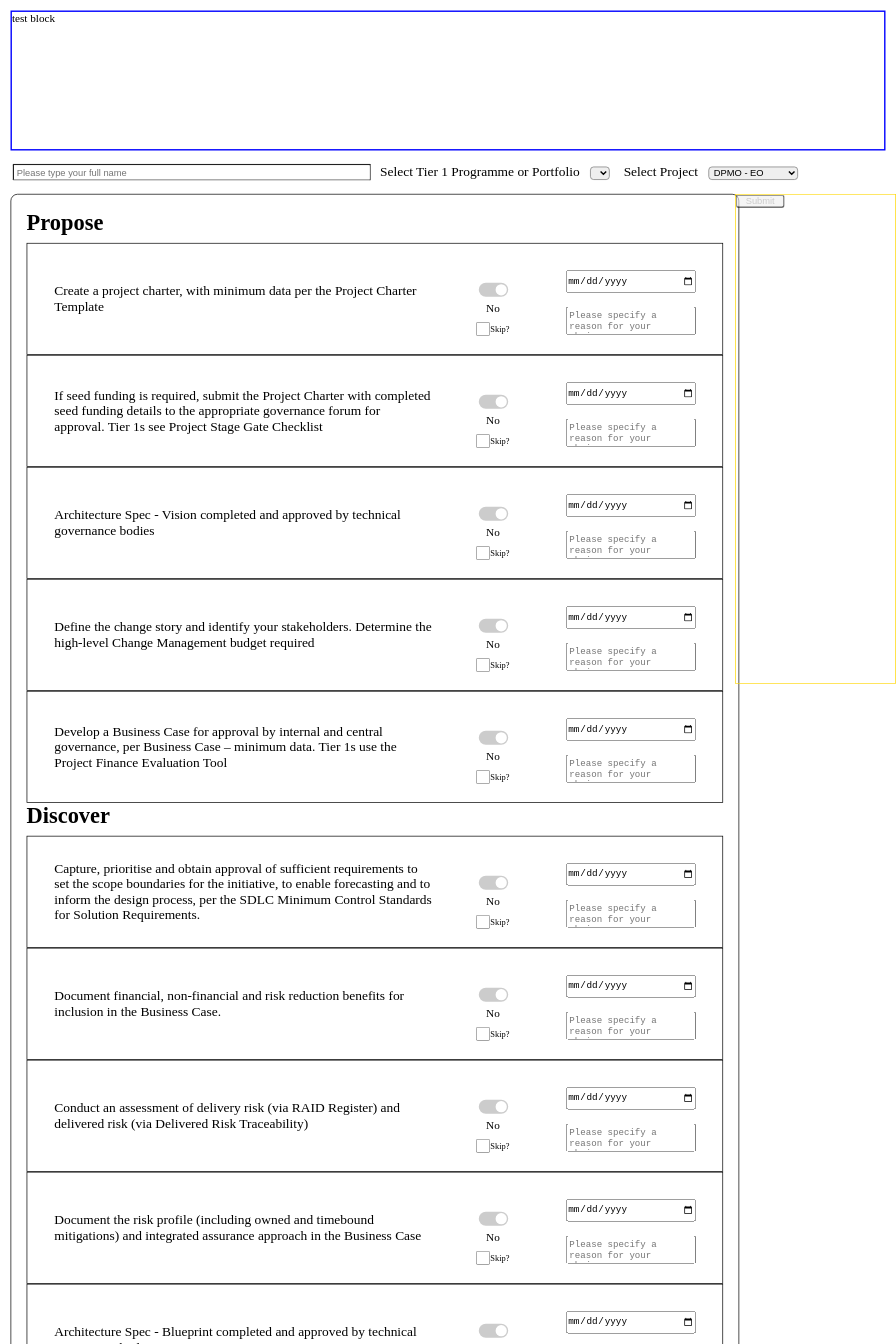
Repository: I-Alpha/JQuery-Html-form
Page: Project-form.html
The author's editor kept a copy of each file at every save. The page is drawn from the files as they stood at one save, then again after the next save.
The browser window is 1280 px wide. The pictures show the part of the page from y = 0 to 1920 px (the page is 8709 px tall before and 8789 px after), at 70% of full size.

Above is the page before, as saved 2020-10-27 01:09:51.

After the next save:
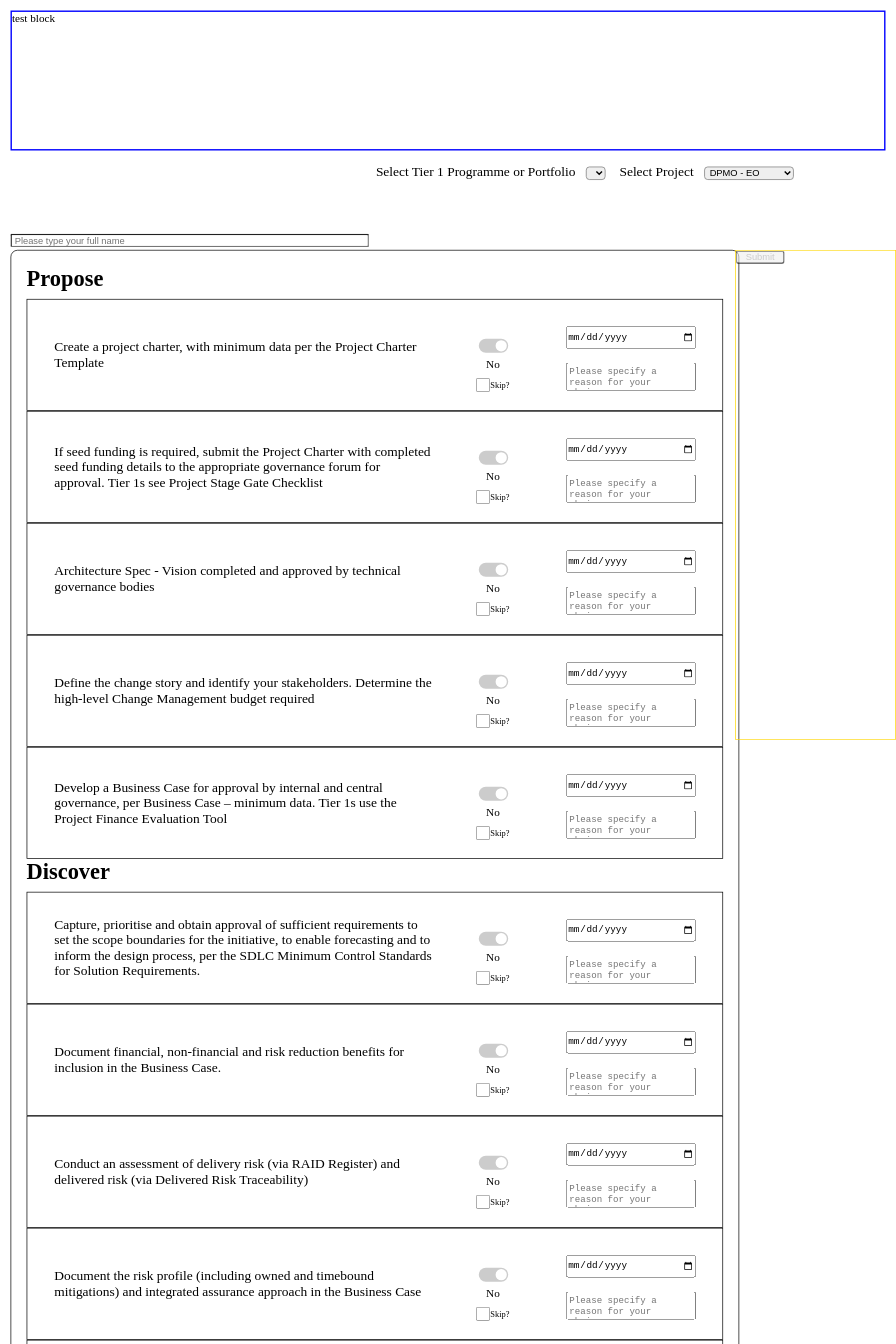
Saved 5 s later.
--- a/main.css
+++ b/main.css
@@ -357,7 +357,7 @@ and (min-width : 1224px) {
      width: 32rem;
     border-radius:2px;
     padding:0 4px;
-    margin: 0 3px 0;
+    margin: 100px 0 3px 0;
     }
 
 #form1 {
